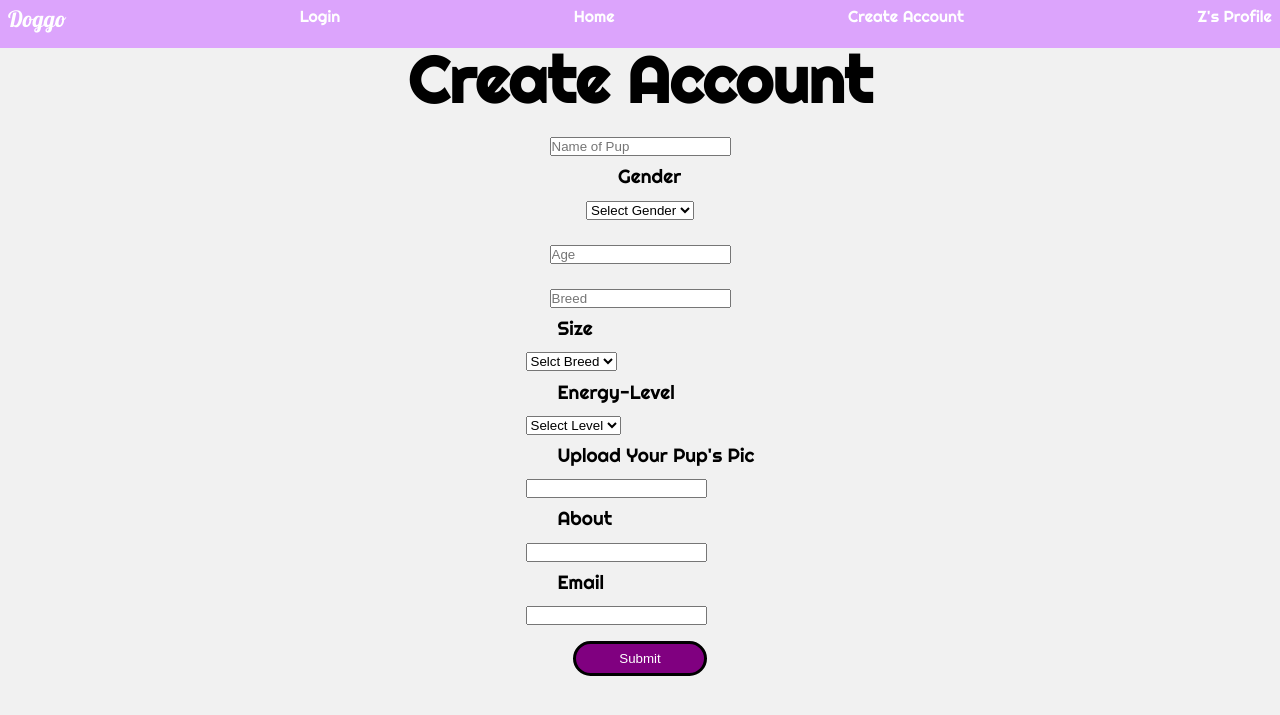
Repository: rh1456/capstone
Page: /2
These files come from the project's save history. The page is drawn as it stood at one moment and after the next save; the edit follows.
The browser window is 1280 px wide. The pictures show the whole page.
Some web libraries are served in a nearby version. The project was rebuilt for these pictures with package versions that can differ from the ones it lists, and the page was loaded fresh each time. Also part of the build but not shown: src/pages/MainPage.jsx, src/pages/DoggoLandingPage.jsx, src/pages/DogProfile.jsx, src/pages/PlayDateForm.jsx, src/pages/ProfileSettings.jsx.

Above is the page before, as saved 2020-01-11 19:12:11.

After the next save:
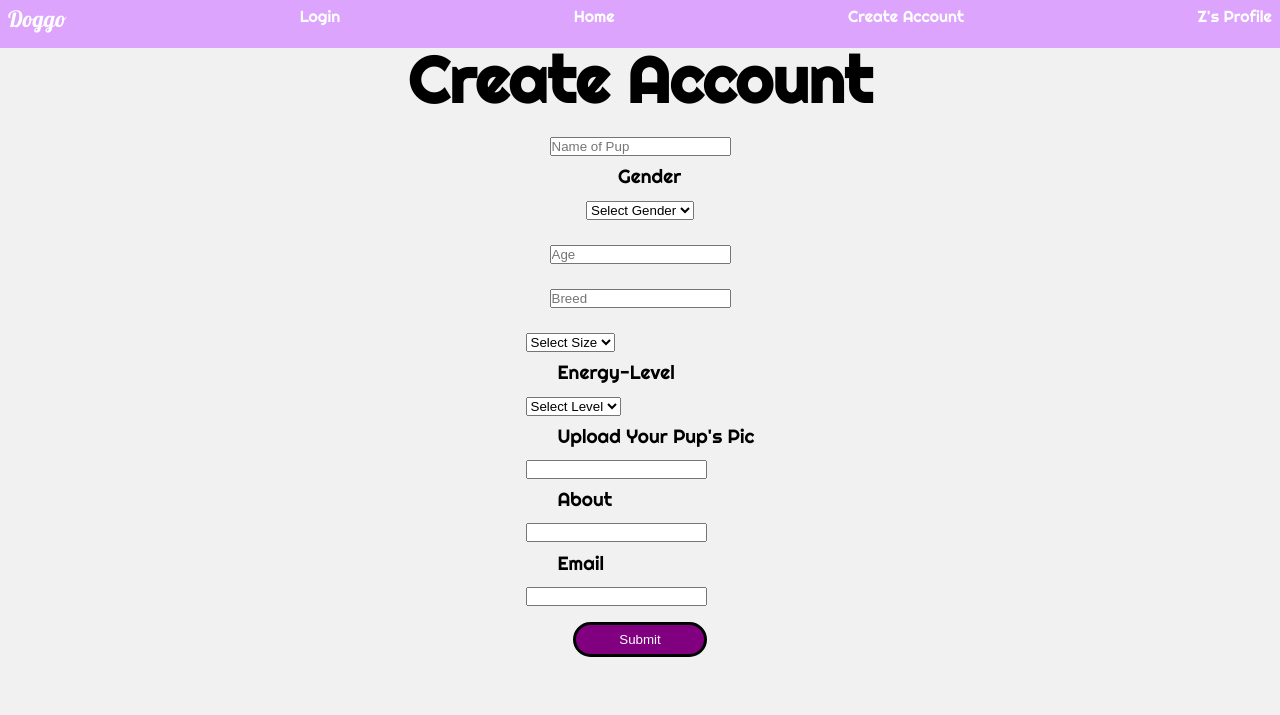
Saved 118 s later.
--- a/src/pages/CreateAccount.jsx
+++ b/src/pages/CreateAccount.jsx
@@ -35,12 +35,12 @@ const CreateAccount = () => {
         <input placeholder="Breed" input="text"></input>
       </section>
       <section className="create-account-details">
-        <label className="create-label" htmlFor="size">
-          Size
-        </label>
+        <label className="create-label" htmlFor="size"></label>
         <select type="text">
-          <option value="">Selct Breed</option>
+          <option value="">Select Size</option>
           <option value="small">Small</option>
+          <option value="medium">Medium</option>
+          <option value="large">Large</option>
         </select>
         <section className="create-account-details">
           <label className="create-label" htmlFor="energy">
